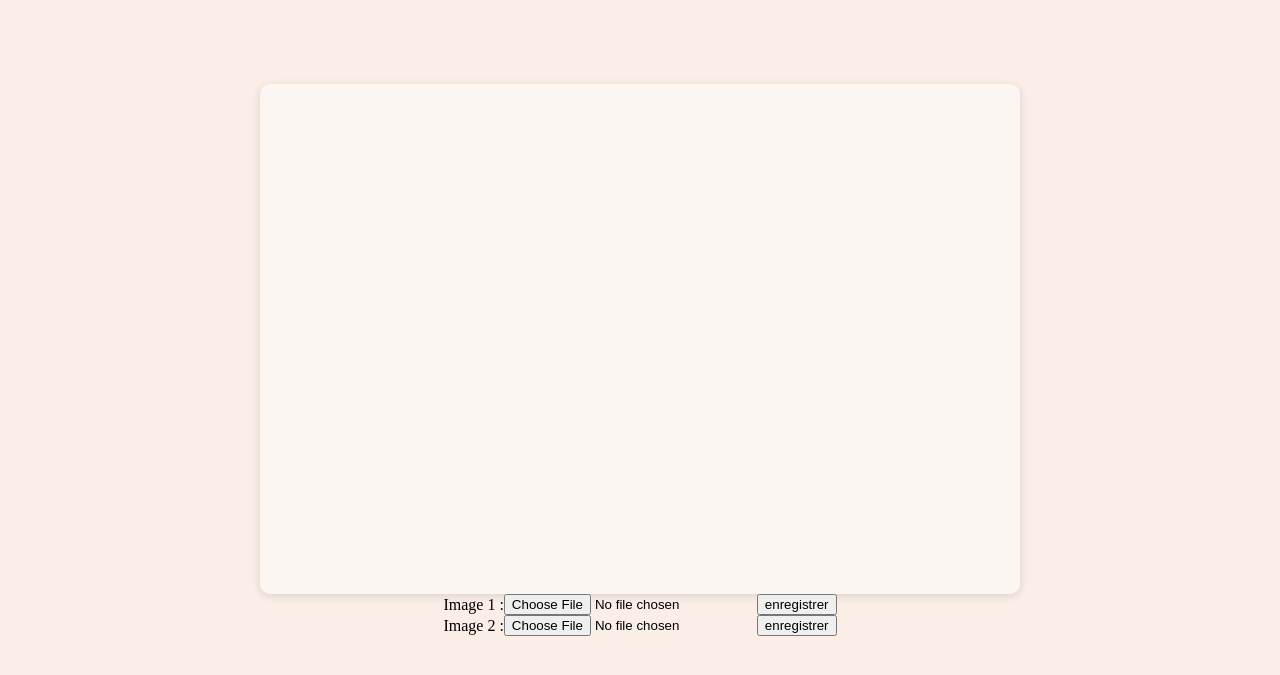
Repository: Lucas-Cassan/img-assembler
Page: / (app in frontend/)
An editor plug-in stored every save of this project. The page is shown before and after the next save, followed by the edit.
The browser window is 1280 px wide. The pictures show the whole page.
The project was rebuilt for these pictures with package versions that can differ from the ones it lists, and the page was loaded fresh each time.

Above is the page before, as saved 2022-02-02 15:17:48.

### frontend/src/index.js
import React from "react";
import ReactDOM from "react-dom";
import "./styles/index.scss";
import App from "./App";

ReactDOM.render(
  <React.StrictMode>
    <App />
  </React.StrictMode>,
  document.getElementById("root"),
);

### frontend/src/styles/index.scss
html{
    padding: 0;
    margin: 0;

    body{
        padding: 0;
        margin: 0;
        width: 100vw;
        height: 100vh;
        overflow: hidden;
        background-color: #FAEEE7;

        #root{
            width: 100%;
            height: 100%;
            display: flex;
            justify-content: center;
            align-items: center;
            flex-direction: column;

            #image{
                width: 750Px;
                padding: 5px;
                height: 500px;
                background-color: rgba($color: #FFF, $alpha: .5);
                border-radius: 10px;
                box-shadow: rgba(99, 99, 99, 0.2) 0px 2px 8px 0px;
                overflow: hidden;
            }
            form{
                display: flex;
                justify-content: center;
                align-items: center;
                width: 100%;
                height: auto;

                input{

                }
                label{

                }
            }
        }

    }
}

### frontend/src/App.js
import React from "react";
import Fusiooooon from "./pages/Fusiooooon";

const App = () => {
  return (
    <>
      <Fusiooooon />
    </>
  );
};

export default App;

### frontend/src/pages/Fusiooooon.js
import React, { useState } from "react";
import axios from "axios";

const Fusiooooon = () => {
  const [file1, setFile1] = useState();
  const [file2, setFile2] = useState();

  const handleSubmit = (e) => {
    e.preventDefault();

    console.log(file1);
    const data = new FormData();
    data.append("file", file1);

    axios({
      method: "post",
      url: `http://localhost:5000/img/merge`,
      data,
    })
      .then((res) => console.log(res))
      .catch((err) => console.log(err));
  };

  const handleSubmit2 = (e) => {
    e.preventDefault();

    console.log(file1);
    const data = new FormData();
    data.append("file", file2);

    axios({
      method: "post",
      url: `http://localhost:5000/img/merge`,
      data,
    })
      .then((res) => console.log(res))
      .catch((err) => console.log(err));
  };

  return (
    <>
      <div id="image"></div>
      <form action="" onSubmit={handleSubmit}>
        <label htmlFor="">Image 1 : </label>
        <input
          type="file"
          name="file"
          id="file"
          accept=".jpg, .jpeg, .png"
          onChange={(e) => setFile1(e.target.files[0])}
        />
        <input type="submit" value="enregistrer" />
      </form>
      <form action="" onSubmit={handleSubmit2}>
        <label htmlFor="">Image 2 : </label>
        <input
          type="file"
          name="file"
          id="file"
          accept=".jpg, .jpeg, .png"
          onChange={(e) => setFile2(e.target.files[0])}
        />
        <input type="submit" value="enregistrer" />
      </form>
    </>
  );
};

export default Fusiooooon;

Loaded but not shown: frontend/public/index.html (common file)

After the next save:
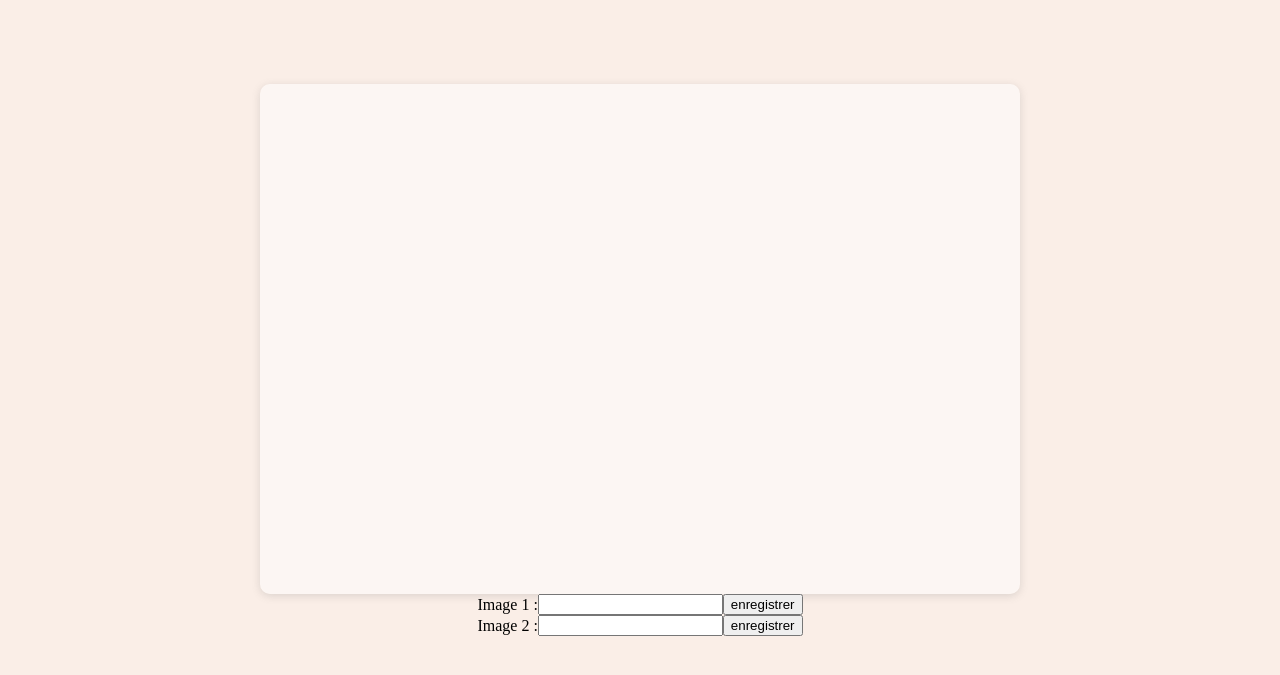
Saved 47 s later.
--- a/frontend/src/pages/Fusiooooon.js
+++ b/frontend/src/pages/Fusiooooon.js
@@ -41,22 +41,22 @@ const Fusiooooon = () => {
     <>
       <div id="image"></div>
       <form action="" onSubmit={handleSubmit}>
-        <label htmlFor="">Image 1 : </label>
+        <label htmlFor="image1">Image 1 : </label>
         <input
-          type="file"
-          name="file"
-          id="file"
+          type="image1"
+          name="image1"
+          id="image1"
           accept=".jpg, .jpeg, .png"
           onChange={(e) => setFile1(e.target.files[0])}
         />
         <input type="submit" value="enregistrer" />
       </form>
       <form action="" onSubmit={handleSubmit2}>
-        <label htmlFor="">Image 2 : </label>
+        <label htmlFor="image2">Image 2 : </label>
         <input
-          type="file"
-          name="file"
-          id="file"
+          type="image2"
+          name="image2"
+          id="image2"
           accept=".jpg, .jpeg, .png"
           onChange={(e) => setFile2(e.target.files[0])}
         />
